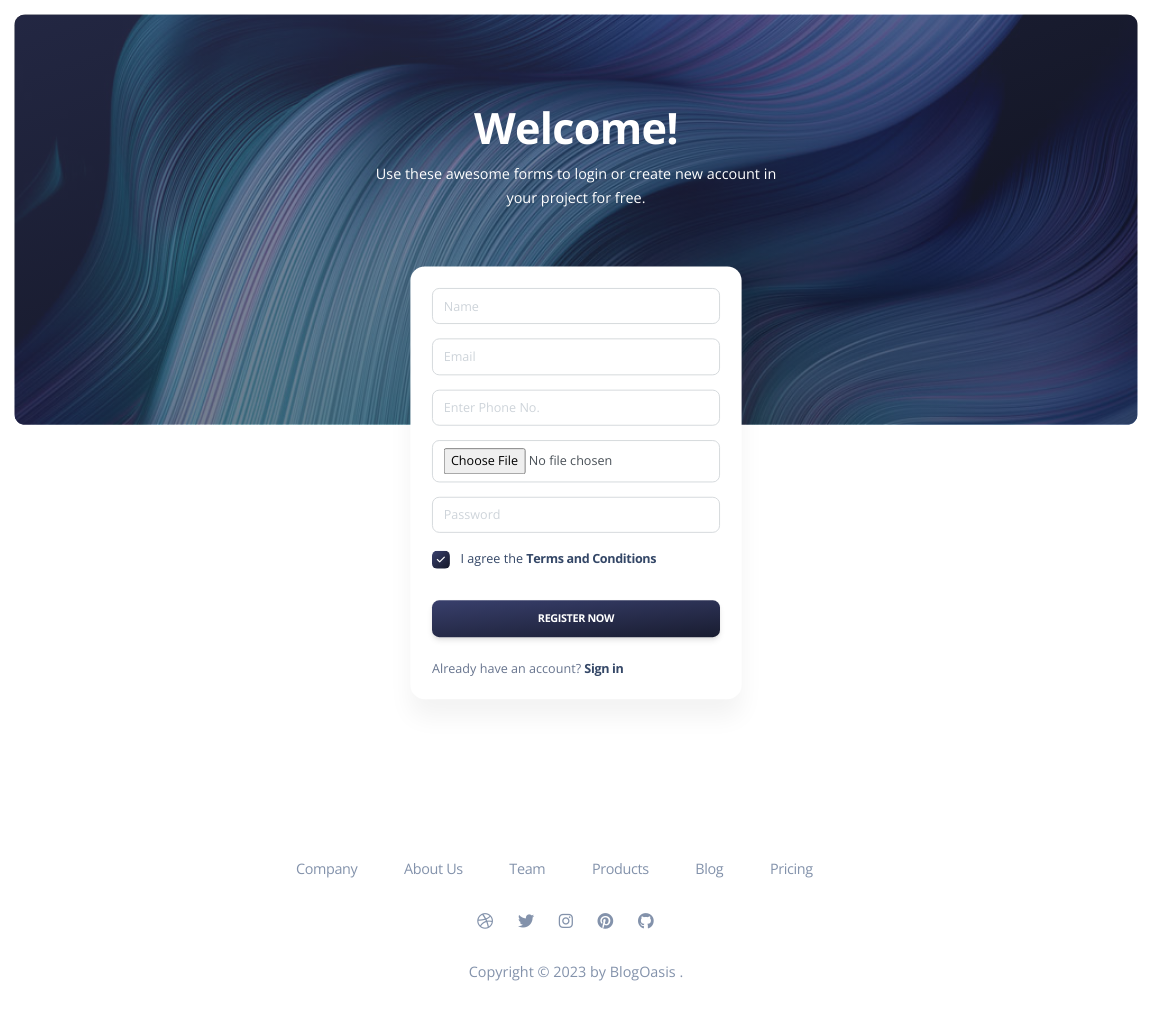
Repository: jigar-64/BlogOasis
Page: http://localhost/blogoasis/admin/pages/sign-up.php
The author's editor kept a copy of each file at every save. The page is drawn from the files as they stood at one save, then again after the next save.
The browser window is 1280 px wide. The pictures show the whole page, at 90% of full size.
Some web libraries are served in a nearby version. The page is run by PHP 8.4 with error messages shown; the project is at /var/www/html/.

Above is the page before, as saved 2023-08-13 02:08:32.

### BlogOasis API/admin/pages/sign-up.php

<!DOCTYPE html>
<html lang="en">
  <head>
    <meta charset="UTF-8" />
    <meta http-equiv="X-UA-Compatible" content="IE=edge" />
    <meta name="viewport" content="width=device-width, initial-scale=1.0" />
    <link rel="apple-touch-icon" sizes="76x76" href="../assets/img/apple-icon.png" />
    <link rel="icon" type="image/png" href="../assets/img/favicon.png" />
    <title>Soft UI Dashboard Tailwind</title>
    <!-- Fonts and icons -->
    <link href="https://fonts.googleapis.com/css?family=Open+Sans:300,400,600,700" rel="stylesheet" />
    <!-- Font Awesome Icons -->
    <script src="https://kit.fontawesome.com/42d5adcbca.js" crossorigin="anonymous"></script>
    <!-- Nucleo Icons -->
    <link href="../assets/css/nucleo-icons.css" rel="stylesheet" />
    <link href="../assets/css/nucleo-svg.css" rel="stylesheet" />
    <!-- Main Styling -->
    <link href="../assets/css/soft-ui-dashboard-tailwind.css?v=1.0.5" rel="stylesheet" />

    <!-- Nepcha Analytics (nepcha.com) -->
    <!-- Nepcha is a easy-to-use web analytics. No cookies and fully compliant with GDPR, CCPA and PECR. -->
    <script defer data-site="YOUR_DOMAIN_HERE" src="https://api.nepcha.com/js/nepcha-analytics.js"></script>
  </head>

  <body class="m-0 font-sans antialiased font-normal bg-white text-start text-base leading-default text-slate-500">



    <main class="mt-0 transition-all duration-200 ease-soft-in-out">
      <section class="min-h-screen mb-32">
        <div class="relative flex items-start pt-12 pb-56 m-4 overflow-hidden bg-center bg-cover min-h-50-screen rounded-xl" style="background-image: url('../assets/img/curved-images/curved14.jpg')">
          <span class="absolute top-0 left-0 w-full h-full bg-center bg-cover bg-gradient-to-tl from-gray-900 to-slate-800 opacity-60"></span>
          <div class="container z-10">
            <div class="flex flex-wrap justify-center -mx-3">
              <div class="w-full max-w-full px-3 mx-auto mt-0 text-center lg:flex-0 shrink-0 lg:w-5/12">
                <h1 class="mt-12 mb-2 text-white">Welcome!</h1>
                <p class="text-white">Use these awesome forms to login or create new account in your project for free.</p>
              </div>
            </div>
          </div>
        </div>
        <div class="container">
          <div class="flex flex-wrap -mx-3 -mt-48 md:-mt-56 lg:-mt-48">
            <div class="w-full max-w-full px-3 mx-auto mt-0 md:flex-0 shrink-0 md:w-7/12 lg:w-5/12 xl:w-4/12">
              <div class="relative z-0 flex flex-col min-w-0 break-words bg-white border-0 shadow-soft-xl rounded-2xl bg-clip-border">

                <div class="flex-auto p-6">
                  <form action="" role="form text-left" method="post" enctype="multipart/form-data" >
                    <div class="mb-4">
                      <input type="text" class="text-sm focus:shadow-soft-primary-outline leading-5.6 ease-soft block w-full appearance-none rounded-lg border border-solid border-gray-300 bg-white bg-clip-padding py-2 px-3 font-normal text-gray-700 transition-all focus:border-fuchsia-300 focus:bg-white focus:text-gray-700 focus:outline-none focus:transition-shadow" placeholder="Name" aria-label="Name" aria-describedby="email-addon" name="user_name" required/>
                    </div>
                    <div class="mb-4">
                      <input type="email" class="text-sm focus:shadow-soft-primary-outline leading-5.6 ease-soft block w-full appearance-none rounded-lg border border-solid border-gray-300 bg-white bg-clip-padding py-2 px-3 font-normal text-gray-700 transition-all focus:border-fuchsia-300 focus:bg-white focus:text-gray-700 focus:outline-none focus:transition-shadow" placeholder="Email" aria-label="Email" aria-describedby="email-addon" name="user_email" required />
                    </div>
                    <div class="mb-4">
                      <input type="text" class="text-sm focus:shadow-soft-primary-outline leading-5.6 ease-soft block w-full appearance-none rounded-lg border border-solid border-gray-300 bg-white bg-clip-padding py-2 px-3 font-normal text-gray-700 transition-all focus:border-fuchsia-300 focus:bg-white focus:text-gray-700 focus:outline-none focus:transition-shadow" placeholder="Enter Phone No." aria-label="pno" aria-describedby="email-addon" name="user_phoneNo" required />
                    </div>
                    <div class="mb-4">
                      <input type="file" class="text-sm focus:shadow-soft-primary-outline leading-5.6 ease-soft block w-full appearance-none rounded-lg border border-solid border-gray-300 bg-white bg-clip-padding py-2 px-3 font-normal text-gray-700 transition-all focus:border-fuchsia-300 focus:bg-white focus:text-gray-700 focus:outline-none focus:transition-shadow" placeholder="" aria-label="pno" aria-describedby="email-addon" name="user_img" required/>
                    </div>
                    <div class="mb-4">
                      <input type="password" class="text-sm focus:shadow-soft-primary-outline leading-5.6 ease-soft block w-full appearance-none rounded-lg border border-solid border-gray-300 bg-white bg-clip-padding py-2 px-3 font-normal text-gray-700 transition-all focus:border-fuchsia-300 focus:bg-white focus:text-gray-700 focus:outline-none focus:transition-shadow" placeholder="Password" aria-label="Password" aria-describedby="password-addon" name="user_pass" required/>
                    </div>
                    <div class="min-h-6 pl-6.92 mb-0.5 block">
                      <input id="terms" class="w-4.92 h-4.92 ease-soft -ml-6.92 rounded-1.4 checked:bg-gradient-to-tl checked:from-gray-900 checked:to-slate-800 after:text-xxs after:font-awesome after:duration-250 after:ease-soft-in-out duration-250 relative float-left mt-1 cursor-pointer appearance-none border border-solid border-slate-200 bg-white bg-contain bg-center bg-no-repeat align-top transition-all after:absolute after:flex after:h-full after:w-full after:items-center after:justify-center after:text-white after:opacity-0 after:transition-all after:content-['\f00c'] checked:border-0 checked:border-transparent checked:bg-transparent checked:after:opacity-100" type="checkbox" value="" checked />
                      <label class="mb-2 ml-1 font-normal cursor-pointer select-none text-sm text-slate-700" for="terms"> I agree the <a href="javascript:;" class="font-bold text-slate-700">Terms and Conditions</a> </label>
                    </div>
                    <div class="text-center">
                      <button type="submit" class="inline-block w-full px-6 py-3 mt-6 mb-2 font-bold text-center text-white uppercase align-middle transition-all bg-transparent border-0 rounded-lg cursor-pointer active:opacity-85 hover:scale-102 hover:shadow-soft-xs leading-pro text-xs ease-soft-in tracking-tight-soft shadow-soft-md bg-150 bg-x-25 bg-gradient-to-tl from-gray-900 to-slate-800 hover:border-slate-700 hover:bg-slate-700 hover:text-white" name="register">Register Now</button>
                    </div>
                    <p class="mt-4 mb-0 leading-normal text-sm">Already have an account? <a href="../pages/sign-in.html" class="font-bold text-slate-700">Sign in</a></p>
                  </form>
                </div>
              </div>
            </div>
          </div>
        </div>
      </section>
      <!-- -------- START FOOTER 3 w/ COMPANY DESCRIPTION WITH LINKS & SOCIAL ICONS & COPYRIGHT ------- -->
      <footer class="py-12">
        <div class="container">
          <div class="flex flex-wrap -mx-3">
            <div class="flex-shrink-0 w-full max-w-full mx-auto mb-6 text-center lg:flex-0 lg:w-8/12">
              <a href="#" target="_blank" class="mb-2 mr-4 text-slate-400 sm:mb-0 xl:mr-12"> Company </a>
              <a href="#" target="_blank" class="mb-2 mr-4 text-slate-400 sm:mb-0 xl:mr-12"> About Us </a>
              <a href="#" target="_blank" class="mb-2 mr-4 text-slate-400 sm:mb-0 xl:mr-12"> Team </a>
              <a href="#" target="_blank" class="mb-2 mr-4 text-slate-400 sm:mb-0 xl:mr-12"> Products </a>
              <a href="#" target="_blank" class="mb-2 mr-4 text-slate-400 sm:mb-0 xl:mr-12"> Blog </a>
              <a href="#" target="_blank" class="mb-2 mr-4 text-slate-400 sm:mb-0 xl:mr-12"> Pricing </a>
            </div>
            <div class="flex-shrink-0 w-full max-w-full mx-auto mt-2 mb-6 text-center lg:flex-0 lg:w-8/12">
              <a href="#" target="_blank" class="mr-6 text-slate-400">
                <span class="text-lg fab fa-dribbble"></span>
              </a>
              <a href="#" target="_blank" class="mr-6 text-slate-400">
                <span class="text-lg fab fa-twitter"></span>
              </a>
              <a href="#" target="_blank" class="mr-6 text-slate-400">
                <span class="text-lg fab fa-instagram"></span>
              </a>
              <a href="#" target="_blank" class="mr-6 text-slate-400">
                <span class="text-lg fab fa-pinterest"></span>
              </a>
              <a href="#" target="_blank" class="mr-6 text-slate-400">
                <span class="text-lg fab fa-github"></span>
              </a>
            </div>
          </div>
          <div class="flex flex-wrap -mx-3">
            <div class="w-8/12 max-w-full px-3 mx-auto mt-1 text-center flex-0">
              <p class="mb-0 text-slate-400">
                Copyright ©
                <script>
                  document.write(new Date().getFullYear());
                </script>
                 by BlogOasis .
              </p>
            </div>
          </div>
        </div>
      </footer>
      <!-- -------- END FOOTER 3 w/ COMPANY DESCRIPTION WITH LINKS & SOCIAL ICONS & COPYRIGHT ------- -->
    </main>
  </body>
  <!-- plugin for scrollbar  -->
  <script src="../assets/js/plugins/perfect-scrollbar.min.js" async></script>
  <!-- main script file  -->
  <script src="../assets/js/soft-ui-dashboard-tailwind.js?v=1.0.5" async></script>
</html>

### BlogOasis API/admin/assets/css/nucleo-svg.css
/* Generated using nucleoapp.com */
/* --------------------------------

Icon colors

-------------------------------- */

.icon {
  display: inline-block;
  /* icon primary color */
  color: #111111;
  height: 1em;
  width: 1em;
}

.icon use {
  /* icon secondary color - fill */
  fill: #7ea6f6;
}

.icon.icon-outline use {
  /* icon secondary color - stroke */
  stroke: #7ea6f6;
}

/* --------------------------------

Change icon size

-------------------------------- */

.icon-xs {
  height: 0.5em;
  width: 0.5em;
}

.icon-sm {
  height: 0.8em;
  width: 0.8em;
}

.icon-lg {
  height: 1.6em;
  width: 1.6em;
}

.icon-xl {
  height: 2em;
  width: 2em;
}

/* --------------------------------

Align icon and text

-------------------------------- */

.icon-text-aligner {
  /* add this class to parent element that contains icon + text */
  display: flex;
  align-items: center;
}

.icon-text-aligner .icon {
  color: inherit;
  margin-right: 0.4em;
}

.icon-text-aligner .icon use {
  color: inherit;
  fill: currentColor;
}

.icon-text-aligner .icon.icon-outline use {
  stroke: currentColor;
}

/* --------------------------------

Icon reset values - used to enable color customizations

-------------------------------- */

.icon {
  fill: currentColor;
  stroke: none;
}

.icon.icon-outline {
  fill: none;
  stroke: currentColor;
}

.icon use {
  stroke: none;
}

.icon.icon-outline use {
  fill: none;
}

/* --------------------------------

Stroke effects - Nucleo outline icons

- 16px icons -> up to 1px stroke (16px outline icons do not support stroke changes)
- 24px, 32px icons -> up to 2px stroke
- 48px, 64px icons -> up to 4px stroke

-------------------------------- */

.icon-outline.icon-stroke-1 {
  stroke-width: 1px;
}

.icon-outline.icon-stroke-2 {
  stroke-width: 2px;
}

.icon-outline.icon-stroke-3 {
  stroke-width: 3px;
}

.icon-outline.icon-stroke-4 {
  stroke-width: 4px;
}

.icon-outline.icon-stroke-1 use,
.icon-outline.icon-stroke-3 use {
  -webkit-transform: translateX(0.5px) translateY(0.5px);
  -moz-transform: translateX(0.5px) translateY(0.5px);
  -ms-transform: translateX(0.5px) translateY(0.5px);
  -o-transform: translateX(0.5px) translateY(0.5px);
  transform: translateX(0.5px) translateY(0.5px);
}

### BlogOasis API/admin/assets/css/perfect-scrollbar.css
/*
 * Container style
 */
.ps {
  overflow: hidden !important;
  overflow-anchor: none;
  -ms-overflow-style: none;
  touch-action: auto;
  -ms-touch-action: auto;
}

/*
   * Scrollbar rail styles
   */
.ps__rail-x {
  display: none;
  opacity: 0;
  transition: background-color 0.2s linear, opacity 0.2s linear;
  -webkit-transition: background-color 0.2s linear, opacity 0.2s linear;
  height: 15px;
  /* there must be 'bottom' or 'top' for ps__rail-x */
  bottom: 0px;
  /* please don't change 'position' */
  position: absolute;
}

.ps__rail-y {
  display: none;
  opacity: 0;
  transition: background-color 0.2s linear, opacity 0.2s linear;
  -webkit-transition: background-color 0.2s linear, opacity 0.2s linear;
  width: 15px;
  /* there must be 'right' or 'left' for ps__rail-y */
  right: 0;
  /* please don't change 'position' */
  position: absolute;
}

.ps--active-x > .ps__rail-x,
.ps--active-y > .ps__rail-y {
  display: block;
  background-color: transparent;
}

.ps:hover > .ps__rail-x,
.ps:hover > .ps__rail-y,
.ps--focus > .ps__rail-x,
.ps--focus > .ps__rail-y,
.ps--scrolling-x > .ps__rail-x,
.ps--scrolling-y > .ps__rail-y {
  opacity: 0.6;
}

.ps .ps__rail-x:hover,
.ps .ps__rail-y:hover,
.ps .ps__rail-x:focus,
.ps .ps__rail-y:focus,
.ps .ps__rail-x.ps--clicking,
.ps .ps__rail-y.ps--clicking {
  background-color: #eee;
  opacity: 0.9;
}

/*
   * Scrollbar thumb styles
   */
.ps__thumb-x {
  background-color: #aaa;
  border-radius: 6px;
  transition: background-color 0.2s linear, height 0.2s ease-in-out;
  -webkit-transition: background-color 0.2s linear, height 0.2s ease-in-out;
  height: 6px;
  /* there must be 'bottom' for ps__thumb-x */
  bottom: 2px;
  /* please don't change 'position' */
  position: absolute;
}

.ps__thumb-y {
  background-color: #aaa;
  border-radius: 6px;
  transition: background-color 0.2s linear, width 0.2s ease-in-out;
  -webkit-transition: background-color 0.2s linear, width 0.2s ease-in-out;
  width: 6px;
  /* there must be 'right' for ps__thumb-y */
  right: 2px;
  /* please don't change 'position' */
  position: absolute;
}

.ps__rail-x:hover > .ps__thumb-x,
.ps__rail-x:focus > .ps__thumb-x,
.ps__rail-x.ps--clicking .ps__thumb-x {
  background-color: #999;
  height: 11px;
}

.ps__rail-y:hover > .ps__thumb-y,
.ps__rail-y:focus > .ps__thumb-y,
.ps__rail-y.ps--clicking .ps__thumb-y {
  background-color: #999;
  width: 11px;
}

/* MS supports */
@supports (-ms-overflow-style: none) {
  .ps {
    overflow: auto !important;
  }
}

@media screen and (-ms-high-contrast: active), (-ms-high-contrast: none) {
  .ps {
    overflow: auto !important;
  }
}

Loaded but not shown: BlogOasis API/admin/assets/js/plugins/perfect-scrollbar.min.js (library); BlogOasis API/admin/assets/js/soft-ui-dashboard-tailwind.js (79 lines, source omitted); BlogOasis API/admin/assets/js/perfect-scrollbar.js (36 lines, source omitted); BlogOasis API/admin/assets/css/soft-ui-dashboard-tailwind.css (4273 lines, source omitted); BlogOasis API/admin/assets/css/nucleo-icons.css (597 lines, source omitted)

After the next save:
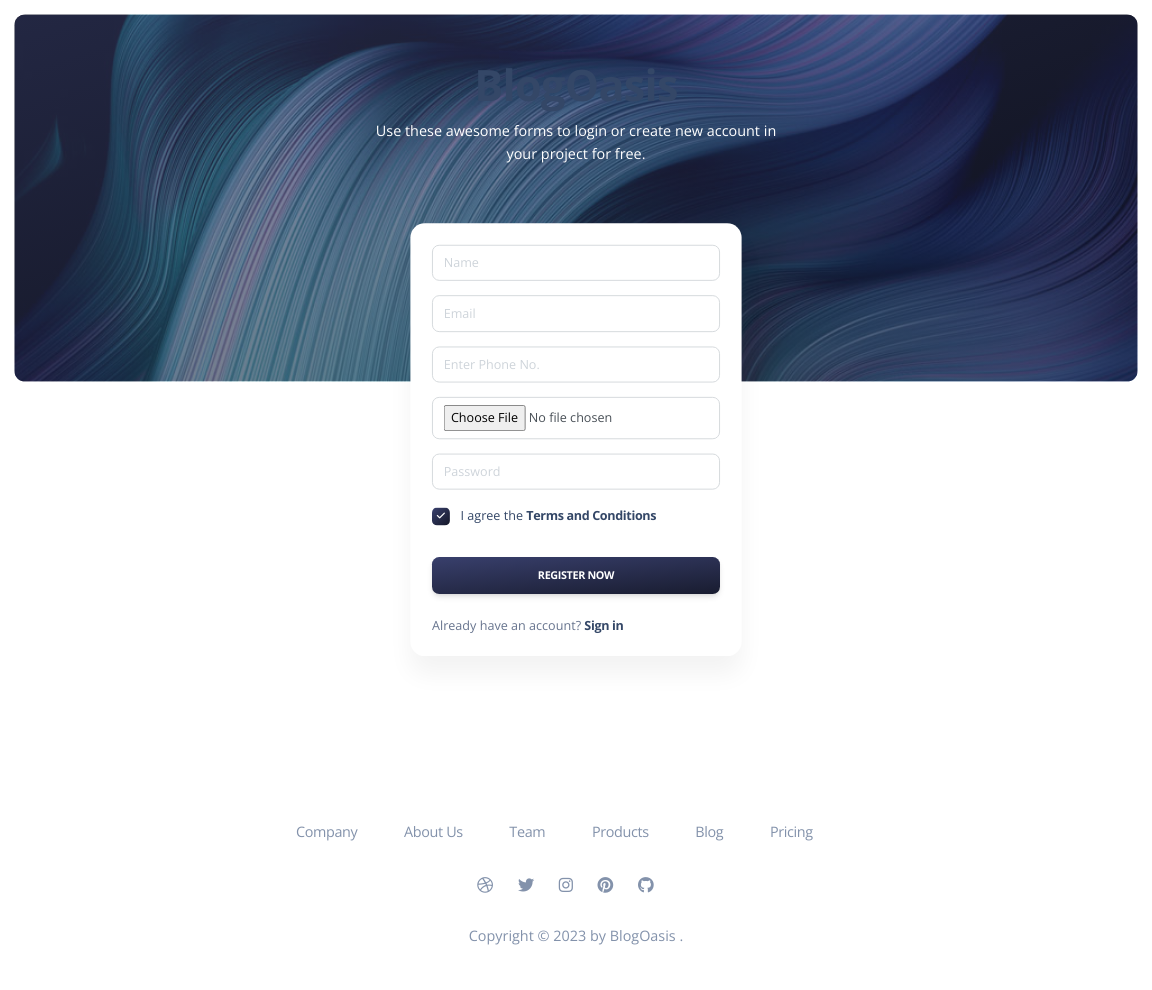
Saved 3 min 38 s later.
--- a/BlogOasis API/admin/pages/sign-up.php
+++ b/BlogOasis API/admin/pages/sign-up.php
@@ -34,7 +34,10 @@
           <div class="container z-10">
             <div class="flex flex-wrap justify-center -mx-3">
               <div class="w-full max-w-full px-3 mx-auto mt-0 text-center lg:flex-0 shrink-0 lg:w-5/12">
-                <h1 class="mt-12 mb-2 text-white">Welcome!</h1>
+                    <div class="typeAnimation">
+                       <h1 >BlogOasis </h1>
+                       <span></span>
+                  </div>
                 <p class="text-white">Use these awesome forms to login or create new account in your project for free.</p>
               </div>
             </div>
